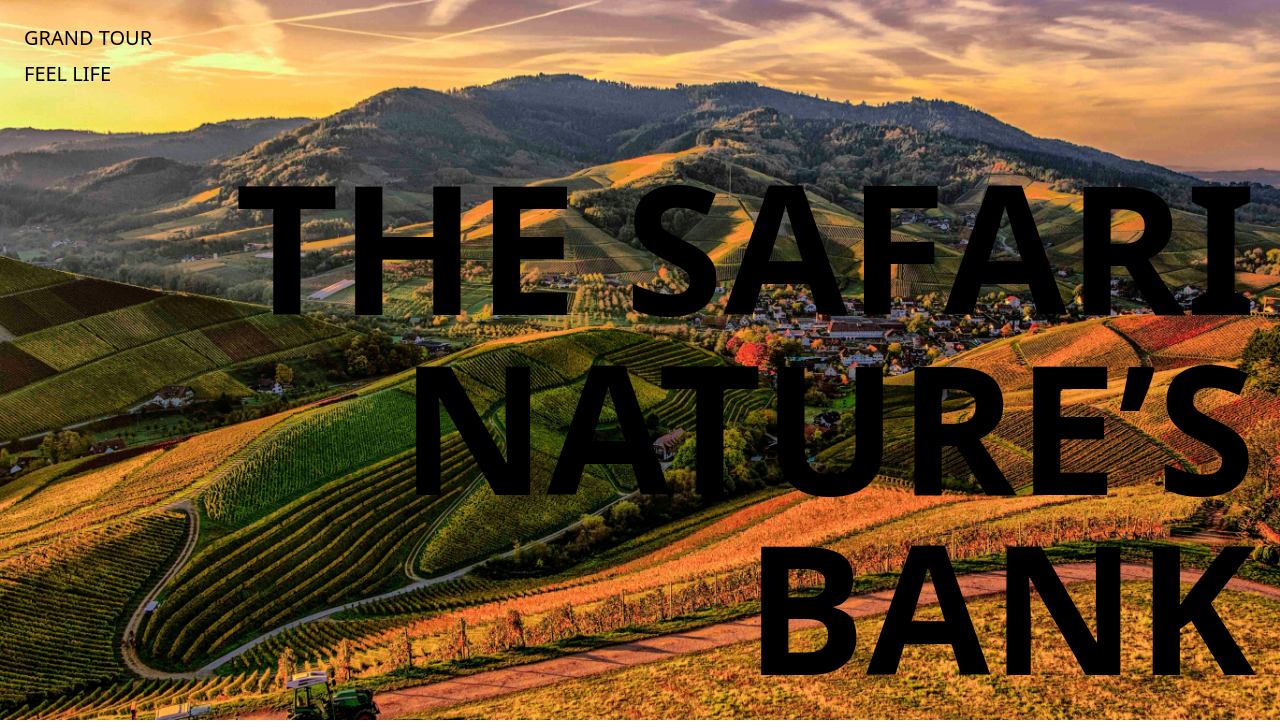
Repository: mikol-ux/Safari
Page: /
These files come from the project's save history. The page is drawn as it stood at one moment and after the next save; the edit follows.
The browser window is 1280 px wide. The pictures show the whole page.
The project was rebuilt for these pictures with package versions that can differ from the ones it lists, and the page was loaded fresh each time. The framework's server and built-in components were replaced by stand-ins that run in the browser. Also part of the build but not shown: next.config.ts.

Above is the page before, as saved 2025-05-29 02:13:12.

### app/layout.tsx
import type { Metadata } from "next";
import { Geist, Geist_Mono } from "next/font/google";
import "./globals.css";

const geistSans = Geist({
	variable: "--font-geist-sans",
	subsets: ["latin"],
});

const geistMono = Geist_Mono({
	variable: "--font-geist-mono",
	subsets: ["latin"],
});

export const metadata: Metadata = {
	title: "Create Next App",
	description: "Generated by create next app",
};

export default function RootLayout({
	children,
}: Readonly<{
	children: React.ReactNode;
}>) {
	return (
		<html lang="en">
			<body className="">{children}</body>
		</html>
	);
}

### app/page.tsx
export default function Home() {
	return (
		<section className="h-screen bg-[url('/landscape.jpg')] bg-cover bg-no-repeat bg-center text-black">
			<div className="h-full w-full flex flex-col justify-between p-6">
				<div className="text-left space-y-2">
					<p className="text-xl uppercase">grand tour</p>
					<p className="text-xl uppercase">feel life</p>
				</div>
				<div className="text-right font-bold leading-none">
					<p className="text-[69px] min-[480px]:text-[90px] sm:text-[120px] lg:text-[150px] xl:text-[180px] 3xl:text-[215px]">
						THE SAFARI
					</p>
					<p className="text-[69px] min-[480px]:text-[90px] sm:text-[120px] lg:text-[150px] xl:text-[180px] 3xl:text-[215px]">
						NATURE’S BANK
					</p>
				</div>
			</div>
		</section>
	);
}

### app/globals.css
@import "tailwindcss";

@theme {
	/* Base Colors */
	--black: #000000;
	--white: #ffffff;
	--muted-blue: #6c8ea3;
	--pitch-dark-blue: #202a30;
	--sky-blue: #bee8ff;
	--deep-blue: #438db5;

	/* Muted Text Colors */
	--muted-text: #999999;
	--muted-text-2: #cccccc;
	--muted-text-3: #595959;
	--muted-text-4: #333333;
	--muted-text-5: #b3b3b3;
	--muted-text-6: #a6a6a6;
	--muted-text-7: #1a1a1a;
	--muted-text-8: #808080;
	--muted-text-9: #262626;
	--muted-text-10: #c6c6c6;
	--muted-text-11: #bfbfbf;
	--muted-text-12: #292929;
	--muted-text-13: #010e0c;

	/* Break Points */
	--breakpoint-3xl: 120rem;
	--breakpoint-4xl: 128rem;
	--breakpoint-5xl: 160rem;
	--breakpoint-6xl: 240rem;

	/* Font */
	--font-General-Sans: "General Sans", sans-serif;

	/* Mapped Colors */
	--color-black: var(--black);
	--color-white: var(--white);
	--color-muted-blue: var(--muted-blue);
	--color-pitch-dark-blue: var(--pitch-dark-blue);
	--color-sky-blue: var(--sky-blue);
	--color-deep-blue: var(--deep-blue);

	/* Mapped Muted Colors */
	--color-muted: var(--muted-text);
	--color-muted-2: var(--muted-text-2);
	--color-muted-3: var(--muted-text-3);
	--color-muted-4: var(--muted-text-4);
	--color-muted-5: var(--muted-text-5);
	--color-muted-6: var(--muted-text-6);
	--color-muted-7: var(--muted-text-7);
	--color-muted-8: var(--muted-text-8);
	--color-muted-9: var(--muted-text-9);
	--color-muted-10: var(--muted-text-10);
	--color-muted-11: var(--muted-text-11);
	--color-muted-12: var(--muted-text-12);
	--color-muted-13: var(--muted-text-13);
}

/* for button border gradient */
@utility mask-content-box {
	-webkit-mask: linear-gradient(#fff 0 0) content-box, linear-gradient(#fff 0 0);
	mask: linear-gradient(#fff 0 0) content-box, linear-gradient(#fff 0 0);
	-webkit-mask-composite: destination-out;
	mask-composite: exclude;
}

@utility bg-gradient-dir {
	content: var(--tw-content);
	--tw-gradient-position: var(--tw-gradient-direction, to right) in oklab;
	background-image: linear-gradient(var(--tw-gradient-stops));
}

/* For Animated Text */
.tpk-text-clip div {
	clip-path: polygon(0 0, 100% 0, 100% 100%, 0% 100%);
}

.tpk-override-clip div {
	clip-path: none !important;
}

/* Page Transition */
::view-transition-old(root),
::view-transition-new(root) {
	animation: none !important;
}

::view-transition-group(root) {
	z-index: auto !important;
}

::view-transition-image-pair(root) {
	isolation: isolate;
	will-change: transform, opacity, clip-path;
	z-index: 1;
}

::view-transition-new(root) {
	z-index: 10000;
	animation: none !important;
}

::view-transition-old(root) {
	z-index: 1;
	animation: none !important;
}

.client-overflow-scroll::-webkit-scrollbar-track,
.client-overflow-scroll::-webkit-scrollbar {
	@apply hidden;
}

input:-webkit-autofill,
input:-webkit-autofill:hover,
input:-webkit-autofill:focus,
input:-webkit-autofill:active {
	-webkit-box-shadow: 0 0 0 1000px transparent inset !important;
	box-shadow: 0 0 0 1000px transparent inset !important;
	-webkit-text-fill-color: inherit !important;
	color: white !important;
	transition: background-color 9999s ease-in-out 0s !important;
	background-color: transparent !important;
}

After the next save:
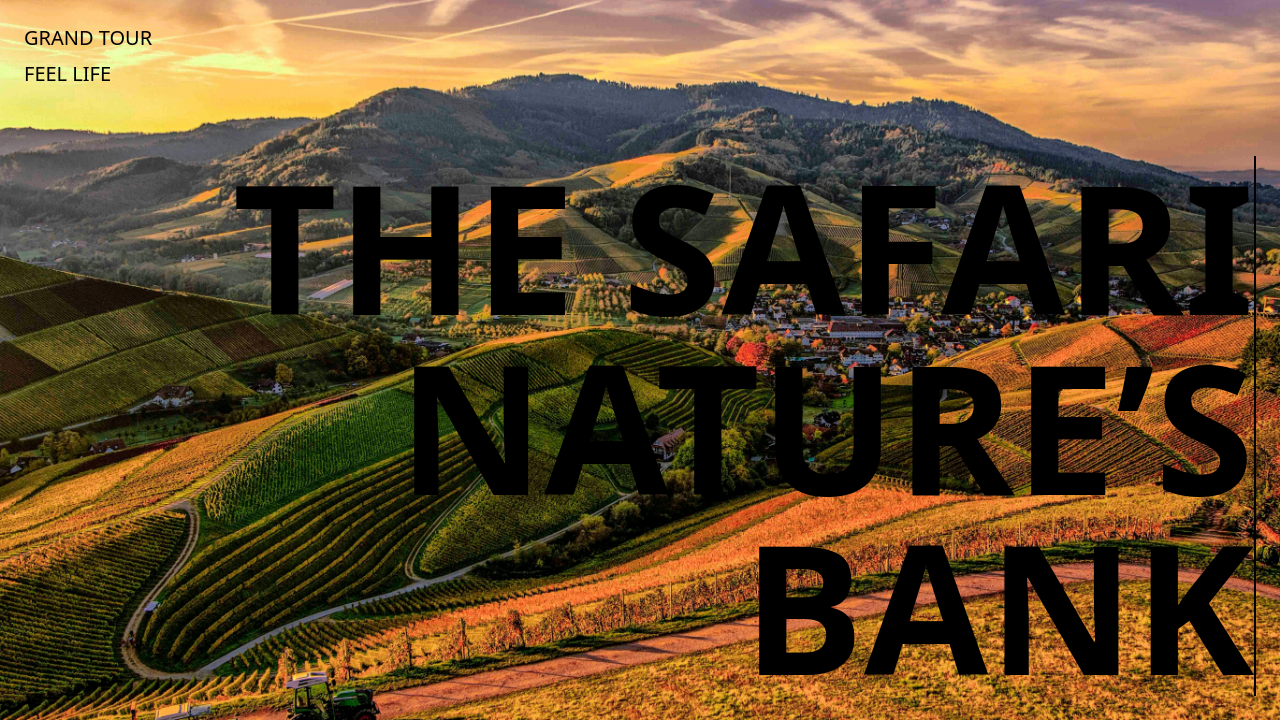
Saved 2 min 48 s later.
--- a/app/page.tsx
+++ b/app/page.tsx
@@ -6,7 +6,7 @@ export default function Home() {
 					<p className="text-xl uppercase">grand tour</p>
 					<p className="text-xl uppercase">feel life</p>
 				</div>
-				<div className="text-right font-bold leading-none">
+				<div className="text-right font-bold leading-none border-r-2">
 					<p className="text-[69px] min-[480px]:text-[90px] sm:text-[120px] lg:text-[150px] xl:text-[180px] 3xl:text-[215px]">
 						THE SAFARI
 					</p>
